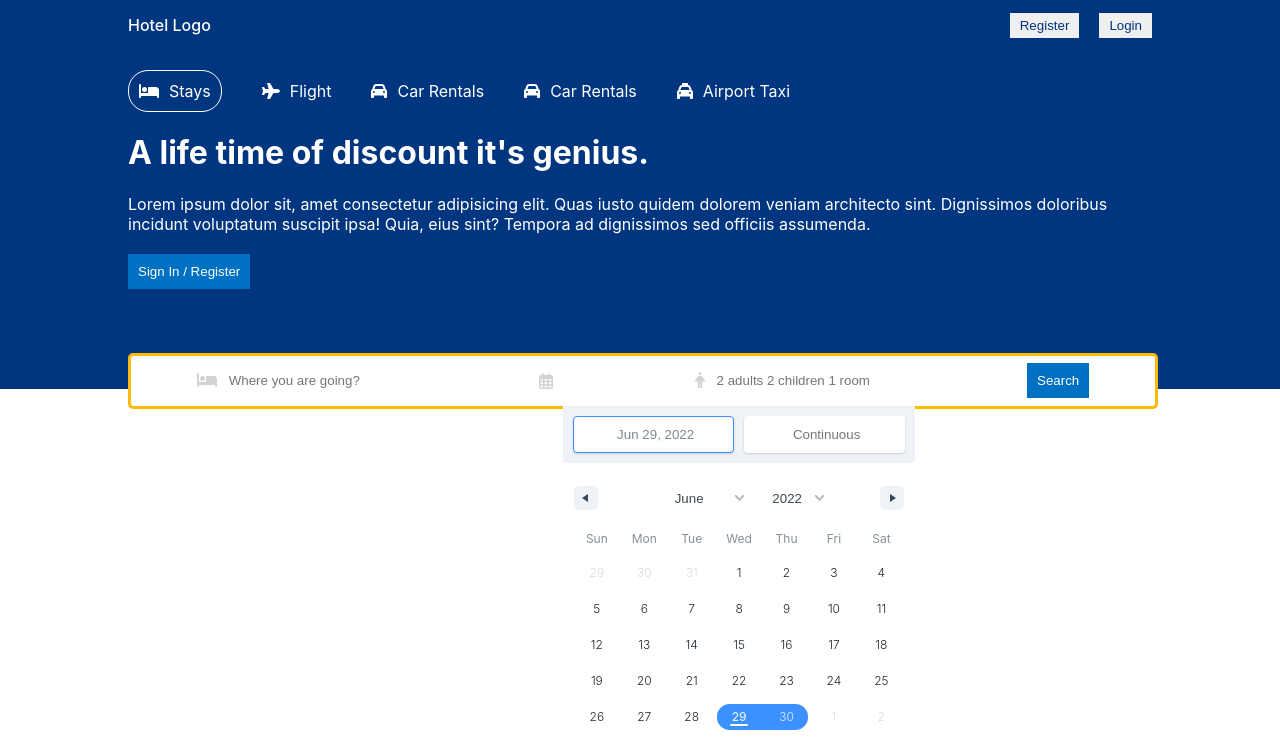
Repository: shikubro90/Booking-App
Page: /
These files come from the project's save history. The page is drawn as it stood at one moment and after a run of saves; the edit follows.
The browser window is 1280 px wide. The pictures show the whole page.
The project was rebuilt for these pictures with package versions that can differ from the ones it lists, and the page was loaded fresh each time. Also part of the build but not shown: src/App.css, src/pages/Hotels/Hotels.jsx. Imported but missing from the stored project, and not drawn on this page: src/pages/List/List.

Above is the page before, as saved 2022-06-29 01:11:20.

### src/App.js
import './App.css';
import {
  BrowserRouter,
  Routes,
  Route,
} from "react-router-dom";

import Home from './pages/Home/Home';
import List from './pages/List/List';
import Hotels from './pages/Hotels/Hotels';

function App() {
  return (
    <BrowserRouter>
      <Routes>
        <Route path='/' element={<Home/>}/>
        <Route path='hotels' element={<List/>}/>
        <Route path='hotels/:id' element={<Hotels/>}/>
      </Routes>
    </BrowserRouter>
  );
}

export default App;

### src/pages/Home/Home.jsx
import React from 'react';
import Header from '../../components/Header/Header';
import Navbar from '../../components/Navbar/Navbar';

const Home = () => {
    return (
        <div>
            <Navbar/>
            <Header/>
        </div>
    );
};

export default Home;

### src/components/Header/Header.jsx
import { faCalendarDays } from '@fortawesome/free-regular-svg-icons';
import { faBed, faCar, faPerson, faPlane, faTaxi } from '@fortawesome/free-solid-svg-icons';
import { FontAwesomeIcon } from '@fortawesome/react-fontawesome';
import { useState } from 'react';
import { DateRange } from 'react-date-range';
import 'react-date-range/dist/styles.css'; // main style file
import 'react-date-range/dist/theme/default.css'; // theme css file
import './Header.css';

const Header = () => {

    const [date, setDate] = useState([
        {
            startDate : new Date(),
            endDate : null,
            key : "selection"
        }
    ])

    return (
        <div className="header">
            <div className="headerContainer">
                <div className="headerList">
                    <div className="headerListItem active">
                        <FontAwesomeIcon icon={faBed} />
                        <span>Stays</span>
                    </div>
                    <div className="headerListItem">
                        <FontAwesomeIcon icon={faPlane} />
                        <span>Flight</span>
                    </div>
                    <div className="headerListItem">
                        <FontAwesomeIcon icon={faCar} />
                        <span>Car Rentals</span>
                    </div>
                    <div className="headerListItem">
                        <FontAwesomeIcon icon={faCar} />
                        <span>Car Rentals</span>
                    </div>
                    <div className="headerListItem">
                        <FontAwesomeIcon icon={faTaxi} />
                        <span>Airport Taxi</span>
                    </div>
                </div>
                {/* End headerListing */}

                <h1 className="headerTitle">
                    A life time of discount it's genius.
                </h1>
                <div className="headerDescription">
                    Lorem ipsum dolor sit, amet consectetur adipisicing elit. Quas iusto quidem dolorem veniam architecto sint. Dignissimos doloribus incidunt voluptatum suscipit ipsa! Quia, eius sint? Tempora ad dignissimos sed officiis assumenda.
                </div>
                <button className='headerButton'>Sign In / Register</button>

                <div className="headerSearch">
                    <div className="headerSearchItem">
                        <FontAwesomeIcon icon={faBed} className="headerIcon" />
                        <input type="text" placeholder='Where you are going?' className='headerSearchInput' />
                    </div>
                    {/* headerSearchItem */}

                    <div className="headerSearchItem">
                        <FontAwesomeIcon icon={faCalendarDays} className="headerIcon" />
                        <span className='headerSearchText'>
                            <DateRange
                            editableDateInputs={true}
                            onChange={item => setDate([item.selection])}
                            moveRangeOnFirstSelection={false}
                            ranges={date}
                            className='date'
                            />
                        </span>
                    </div>
                    <div className="headerSearchItem">
                        <FontAwesomeIcon icon={faPerson} className="headerIcon" />
                        <input type="text" placeholder='2 adults 2 children 1 room' className='headerSearchInput' />
                    </div>
                    {/* headerSearchItem */}

                    {/* headerSearchItem */}

                    <div className="headerSearchItem">
                        <button className="headerButton">Search</button>
                    </div>
                    {/* headerSearchItem */}
                </div>
                {/* HeaderSearch */}

            </div>
            {/* End headerContainer */}
        </div>
        // End header
    );
};

export default Header;

### src/components/Navbar/Navbar.jsx
import  './Navbar.css';

const Navbar = () => {
    return (
        <div className='navbar'>
            <div className="navContainer">
                <span className="logo">
                    Hotel Logo
                </span>
                {/* End Logo */}

                <div className="navItems">
                    <button className='navButton'>Register</button>
                    <button className='navButton'>Login</button>
                </div>
            </div>
            {/* End navContainer */}
        </div>
        // End Navbar
    );
};

export default Navbar;

### src/components/Header/Header.css
.header{
    background: #003580;
    color: white;
    display: flex;
    justify-content: center;
    position: relative;
}

.headerContainer{
    width: 100%;
    max-width: 1024px;
    margin: 20px 0 100px 0;
}

.headerList{
    display: flex;
    gap: 40px;
    margin-bottom: 20px;
}

.headerListItem{
    display: flex;
    align-items: center;
    gap: 10px;
}

.headerListItem.active{
    border: 1px solid white;
    padding: 10px;
    border-radius: 20px;
}

.headerDescription{
    margin: 20px 0px;
}

.headerButton{
    background: #0071c2;
    color: white;
    border: none;
    padding: 10px;
}

.headerSearch{
    background: white;
    height: 30px;
    border: 3px solid #febb02;
    display: flex;
    align-items: center;
    justify-content: space-around;
    padding: 10px 0;
    border-radius: 5px;
    position: absolute;
    bottom: -20px;
    width: 100%;
    max-width: 1024px;
}

.headerSearchItem{
    display: flex;
    gap: 10px
    ;
}

.headerSearchText{
    color: lightgray;
    cursor: pointer;
}
.headerSearchInput{
    border: none;
    outline: none;
}

.headerIcon{
    color: lightgray;
}


.date{
    position: absolute;
    top: 50px;
}

### src/components/Navbar/Navbar.css
.navbar{
    height: 50px;
    background-color: #003580;
    display: flex;
    justify-content: center;
}

.navContainer{
    width: 100%;
    max-width: 1024px;
    color: white;
    display: flex;
    align-items: center;
    justify-content: space-between;
}

.logo{
    font-weight: 500;
}

.navButton{
    margin-left: 20px;
    border: none;
    padding: 5px 10px;
    color: #003580;
    cursor: pointer;
}

Loaded but not shown: public/index.html (common file); src/index.js (common file); src/index.css (common file); src/reportWebVitals.js (common file)

After the next 4 saves:
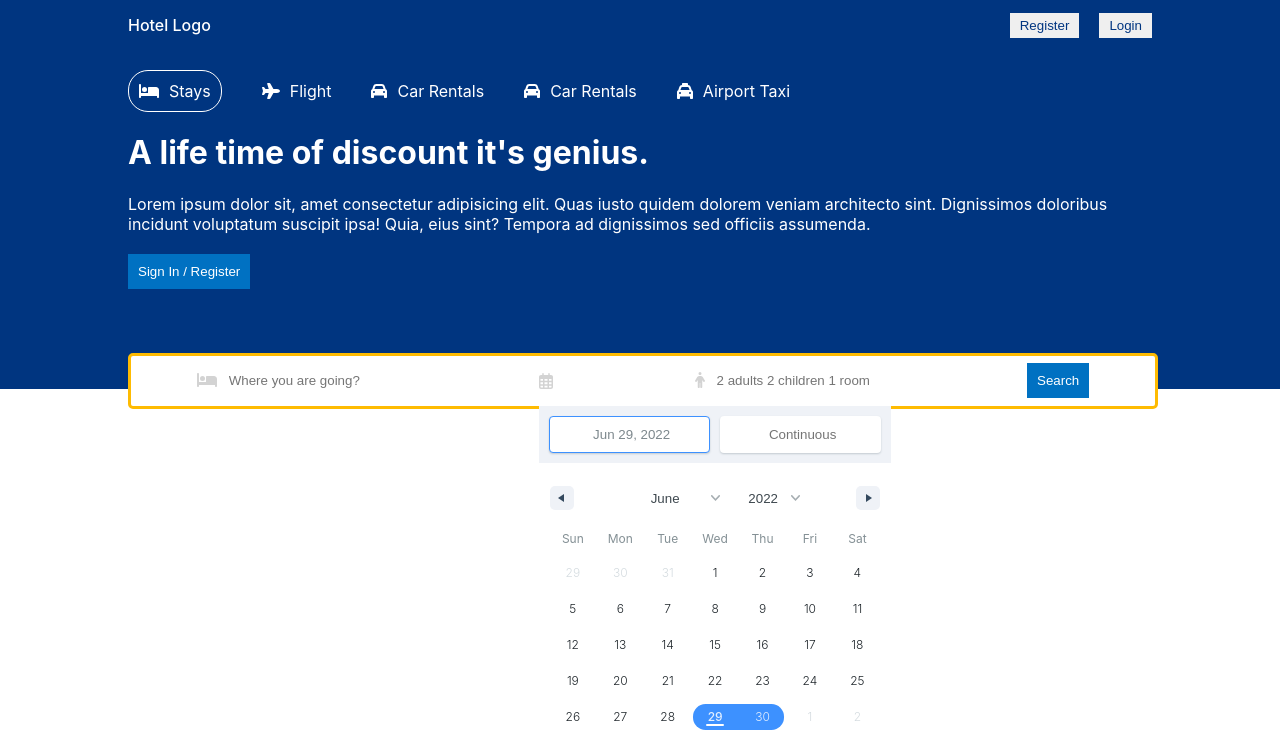
The 4 saves are shown as one change because they came seconds apart.
The last was saved 30 s later.
--- a/src/components/Header/Header.jsx
+++ b/src/components/Header/Header.jsx
@@ -61,15 +61,14 @@ const Header = () => {
 
                     <div className="headerSearchItem">
                         <FontAwesomeIcon icon={faCalendarDays} className="headerIcon" />
-                        <span className='headerSearchText'>
-                            <DateRange
+                        <span className='headerSearchText'></span>
+                        <DateRange
                             editableDateInputs={true}
                             onChange={item => setDate([item.selection])}
                             moveRangeOnFirstSelection={false}
                             ranges={date}
                             className='date'
                             />
-                        </span>
                     </div>
                     <div className="headerSearchItem">
                         <FontAwesomeIcon icon={faPerson} className="headerIcon" />
